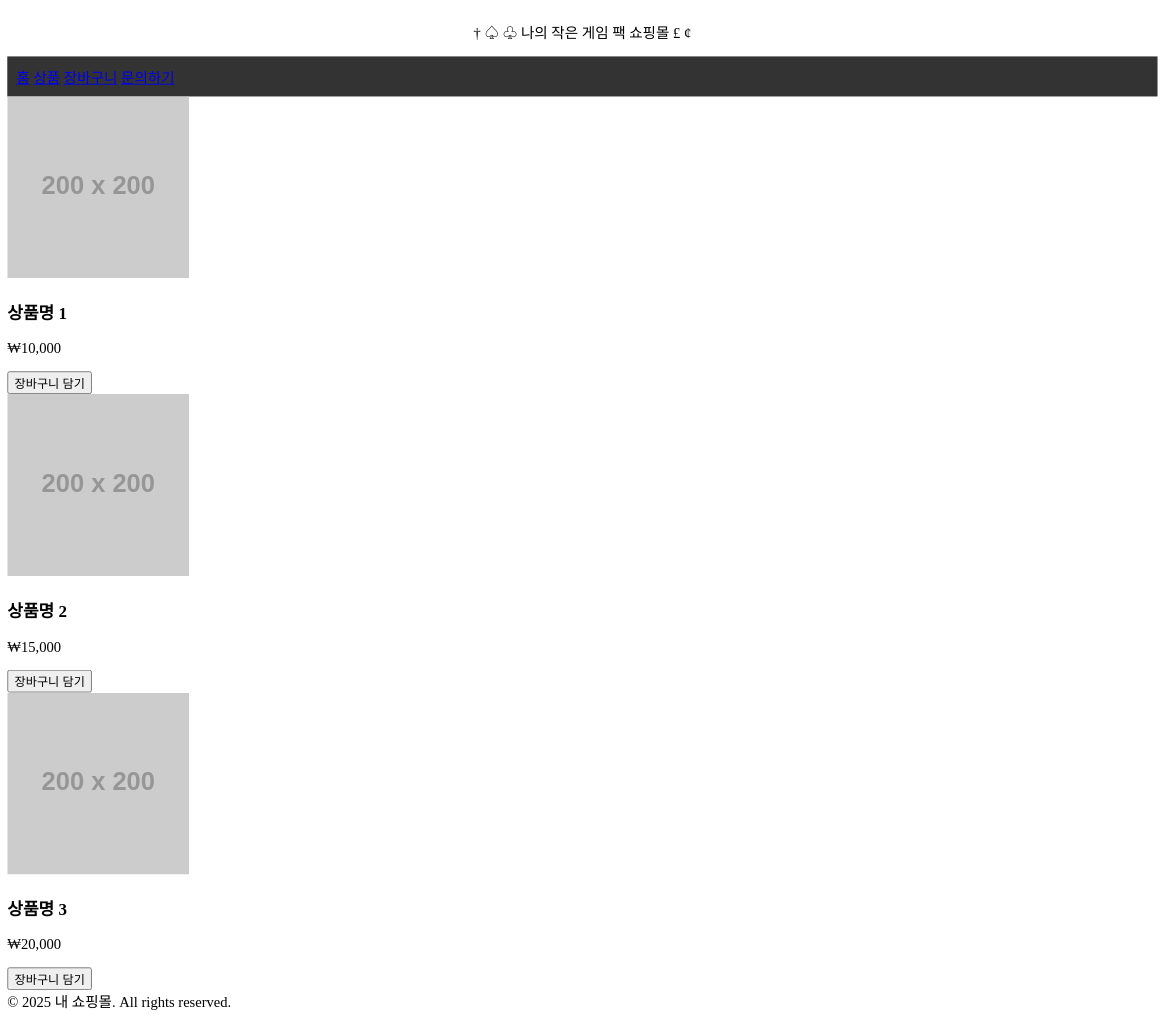
Repository: SeungYeon04/A_AssetsJSP
Page: http://localhost/JSP_Start01/
An editor plug-in stored every save of this project. The page is shown before and after the next save, followed by the edit.
The browser window is 1280 px wide. The pictures show the whole page, at 91% of full size.
Some web fonts or font styles are not loaded; a fallback is used. The page is served by Tomcat 9.

Above is the page before, as saved 2025-03-11 05:25:10.

### JSP_Start01/src/main/webapp/index.jsp
<%@ page language="java" contentType="text/html; charset=UTF-8"
    pageEncoding="UTF-8"%>
<!DOCTYPE html>
<html>
<head>
<meta charset="UTF-8">
<title>Insert title here</title>
</head>
<body>
	<header>† ♤ ♧  나의 작은 게임 팩 쇼핑몰 £ ¢</header>

    <nav>
        <a href="#">홈</a>
        <a href="#">상품</a>
        <a href="#">장바구니</a>
        <a href="#">문의하기</a>
    </nav>

    <div class="container">
        <div class="product">
            <img src="https://via.placeholder.com/200" alt="상품1">
            <h3>상품명 1</h3>
            <p>₩10,000</p>
            <button>장바구니 담기</button>
        </div>

        <div class="product">
            <img src="https://via.placeholder.com/200" alt="상품2">
            <h3>상품명 2</h3>
            <p>₩15,000</p>
            <button>장바구니 담기</button>
        </div>

        <div class="product">
            <img src="https://via.placeholder.com/200" alt="상품3">
            <h3>상품명 3</h3>
            <p>₩20,000</p>
            <button>장바구니 담기</button>
        </div>
    </div>

    <footer>© 2025 내 쇼핑몰. All rights reserved.</footer>
    <style>

    	body {
    		font-family: 'Ownglyph_ParkDaHyun';
    	}

    	header {
    		text-align: center;
    		padding: 15px 0;
    	}



	    @font-face {
		    font-family: 'Ownglyph_ParkDaHyun';
		    src: url('https://fastly.jsdelivr.net/gh/projectnoonnu/2411-3@1.0/Ownglyph_ParkDaHyun.woff2') format('woff2');
		    font-weight: normal;
		    font-style: normal;
		}

		nav {
			background-color: #333;
			padding: 10px;
			text-align: ceter;
		}




    </style>
</body>
</html>

After the next save:
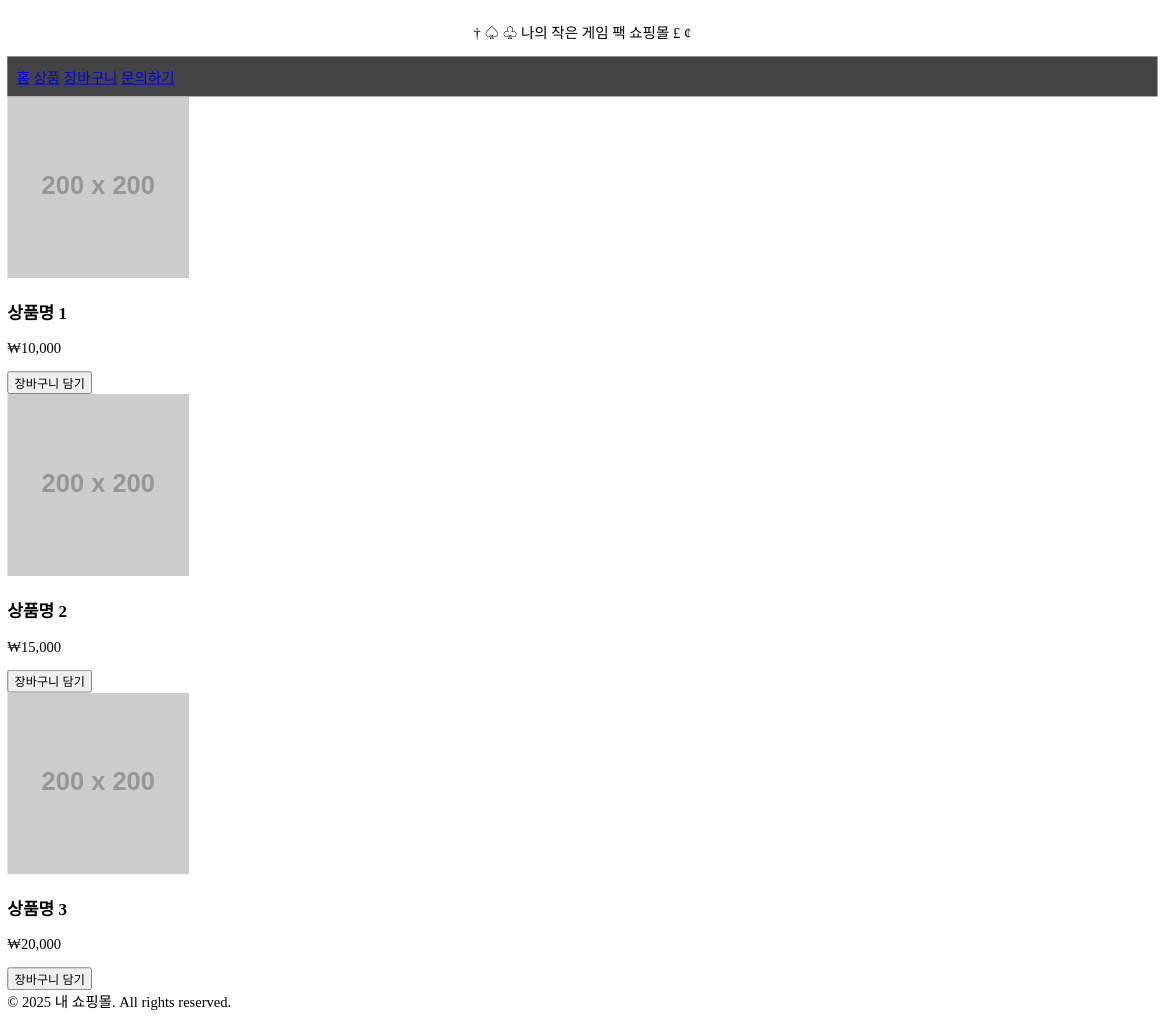
Saved 4 s later.
--- a/JSP_Start01/src/main/webapp/index.jsp
+++ b/JSP_Start01/src/main/webapp/index.jsp
@@ -61,7 +61,7 @@
 		}
 
 		nav {
-			background-color: #333;
+			background-color: #444;
 			padding: 10px;
 			text-align: ceter;
 		}
